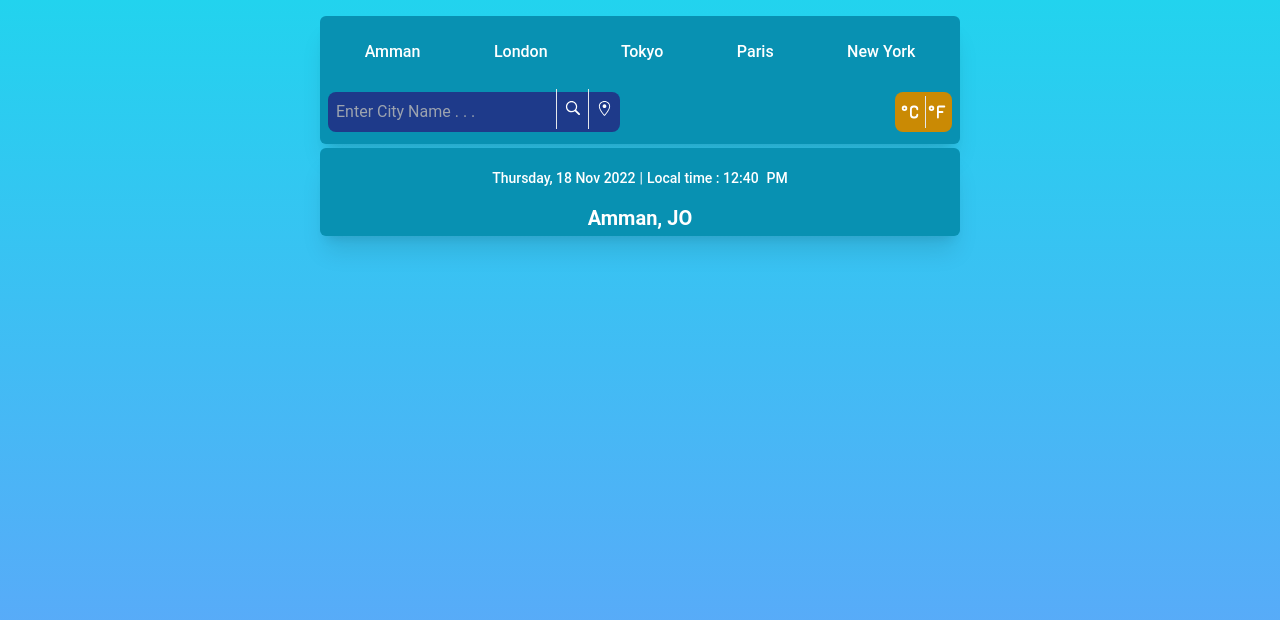
Repository: SaadYasin/next-js-forecast-tailwind
Page: /
These files come from the project's save history. The page is drawn as it stood at one moment and after the next save; the edit follows.
The browser window is 1280 px wide. The pictures show the whole page.
The project was rebuilt for these pictures with package versions that can differ from the ones it lists, and the page was loaded fresh each time. The framework's server and built-in components were replaced by stand-ins that run in the browser.

Above is the page before, as saved 2022-11-18 22:49:43.

After the next save:
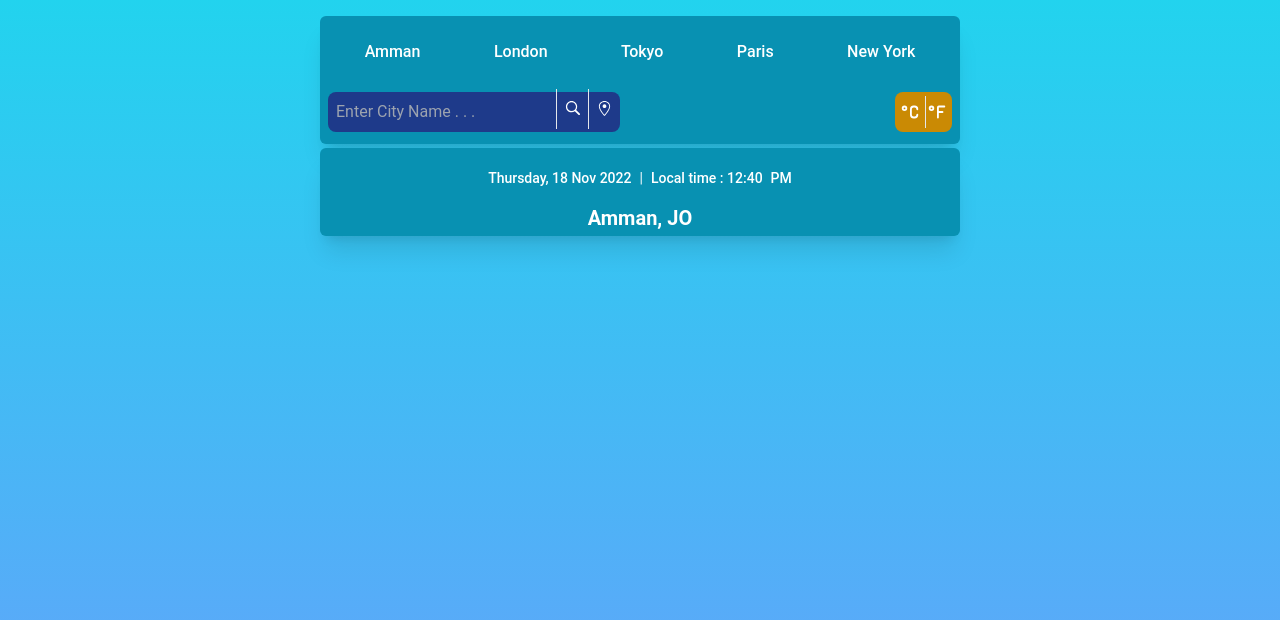
Saved 27 s later.
--- a/components/TimeAndDate.js
+++ b/components/TimeAndDate.js
@@ -1,6 +1,6 @@
 const TimeAndDate = () => {
   return (
-    <div className="flex justify-center gap-1 px-2 pt-4 text-sm">
+    <div className="flex justify-center gap-2 px-2 pt-4 text-sm">
       <h3 className="font-medium">Thursday, 18 Nov 2022</h3>
       <p>|</p>
       <h3 className="font-medium">
